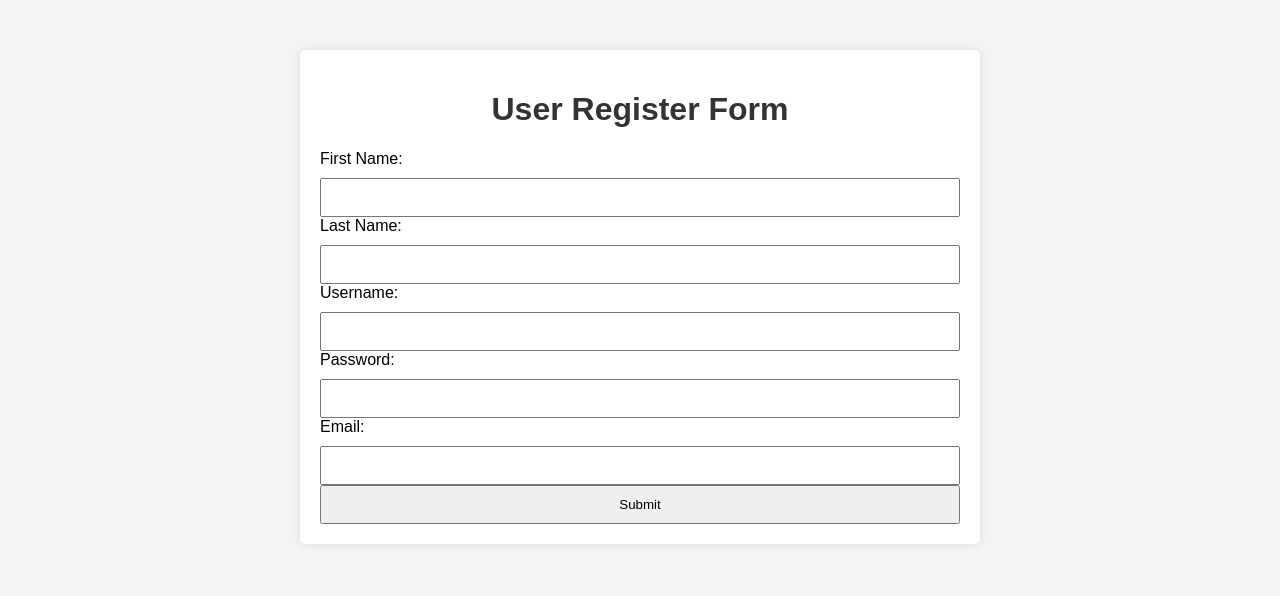
Repository: tattvams/pre-onboarding
Page: http://localhost/basic-webapp-login/
An editor plug-in stored every save of this project. The page is shown before and after the next save, followed by the edit.
The browser window is 1280 px wide. The pictures show the whole page.
The page is served by Tomcat 9.

Above is the page before, as saved 2023-12-29 12:42:44.

After the next save:
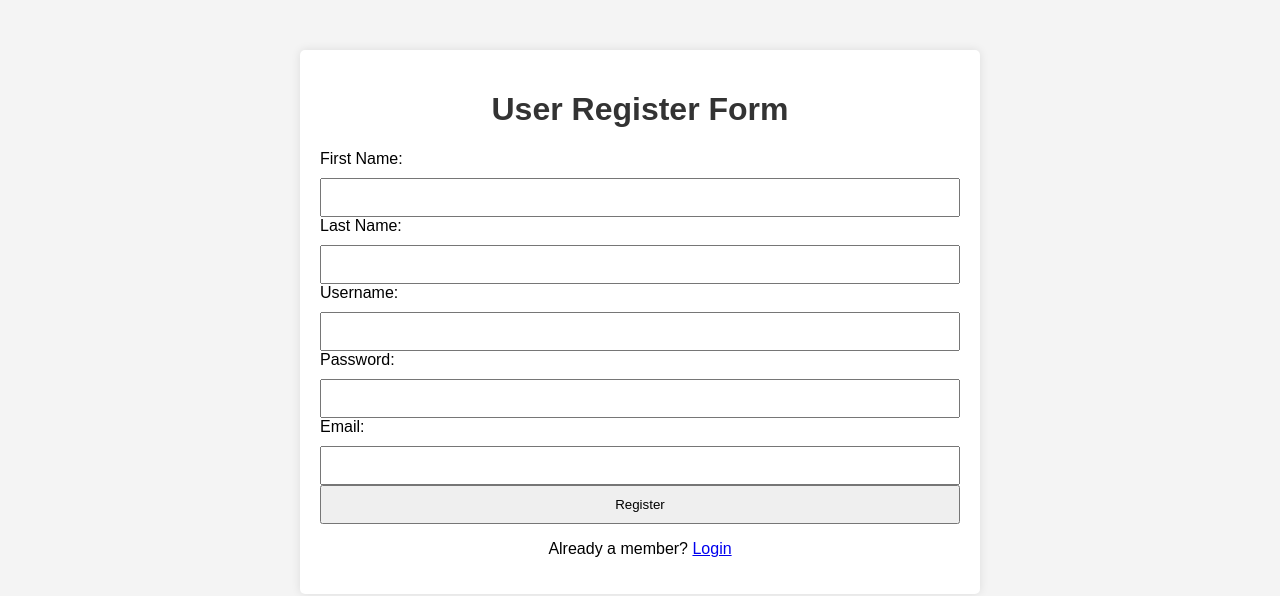
Saved 10 s later.
--- a/basic-webapp-login/src/main/webapp/index.jsp
+++ b/basic-webapp-login/src/main/webapp/index.jsp
@@ -1,16 +1,14 @@
-<%@ page language="java" contentType="text/html; charset=ISO-8859-1"
-    pageEncoding="ISO-8859-1"%>
+<%@ page language="java" contentType="text/html; charset=ISO-8859-1" pageEncoding="ISO-8859-1"%>
 <!DOCTYPE html>
 <html lang="en">
 <head>
     <meta charset="UTF-8">
     <meta name="viewport" content="width=device-width, initial-scale=1.0">
     <link rel="stylesheet" type="text/css" href="css/index.css">
-    <title>Employee Register Form</title>
-
+    <title>User Register Form</title>
 </head>
 <body>
-<input type="hidden" id="status" value="<%= request.getAttribute("status") %>">
+    <input type="hidden" id="status" value="<%= request.getAttribute("status") %>">
     <div class="container">
 
         <h1>User Register Form</h1>
@@ -33,22 +31,22 @@
             <input type="email" id="email" name="email" required>
 
             <div style="text-align: center;">
-                <input type="submit" value="Submit">
+                <input type="submit" value="Register">
             </div>
 
         </form>
 
+        <p style="text-align: center;">Already a member? <a href="login.jsp">Login</a></p>
+
     </div>
-<script>
-    var status = document.getElementById("status").value;
+    <script>
+        var status = document.getElementById("status").value;
 
-    if (status === "success") {
-        alert("Registration successful!");
-    } else if (status === "failed") {
-        alert("Registration failed!");
-    }
-</script>
-
-
+        if (status === "success") {
+            alert("Registration successful!");
+        } else if (status === "failed") {
+            alert("Registration failed!");
+        }
+    </script>
 </body>
 </html>
